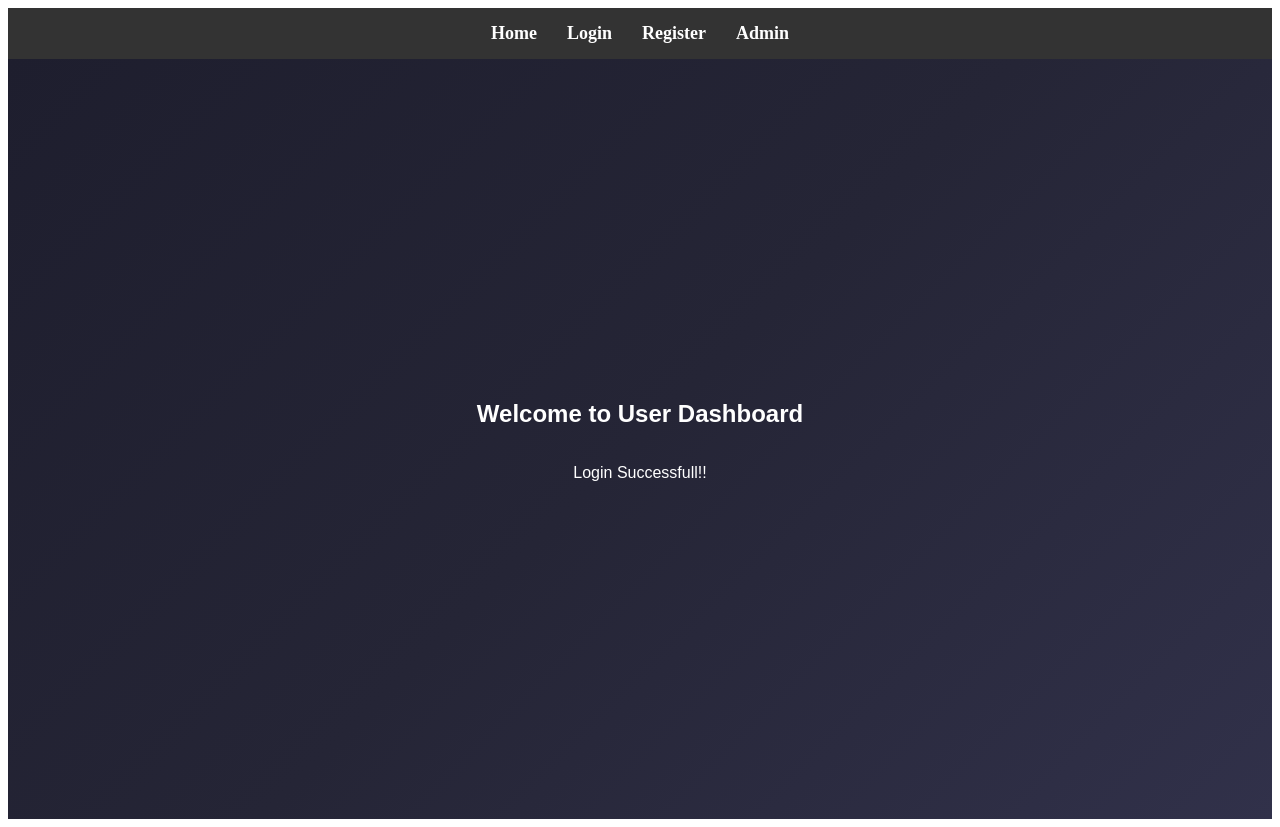
Repository: AhmedIbu/angular-login-app
Page: /user-dashboard (app in angular-login-app/)
These files come from the project's save history. The page is drawn as it stood at one moment and after a run of saves; the edit follows.
The browser window is 1280 px wide. The pictures show the whole page.
The project was rebuilt for these pictures with package versions that can differ from the ones it lists, and the page was loaded fresh each time. Also part of the build but not shown: angular-login-app/angular.json, angular-login-app/src/app/home/home.component.ts, angular-login-app/src/app/login/login.component.ts, angular-login-app/src/app/services/auth.service.ts, angular-login-app/src/app/register/register.component.ts, angular-login-app/src/app/services/user.service.ts, angular-login-app/src/app/admin-dashboard/admin-dashboard.component.ts, angular-login-app/src/app/admin-login/admin-login.component.ts.

Above is the page before, as saved 2025-02-21 11:46:58.

After the next 2 saves:
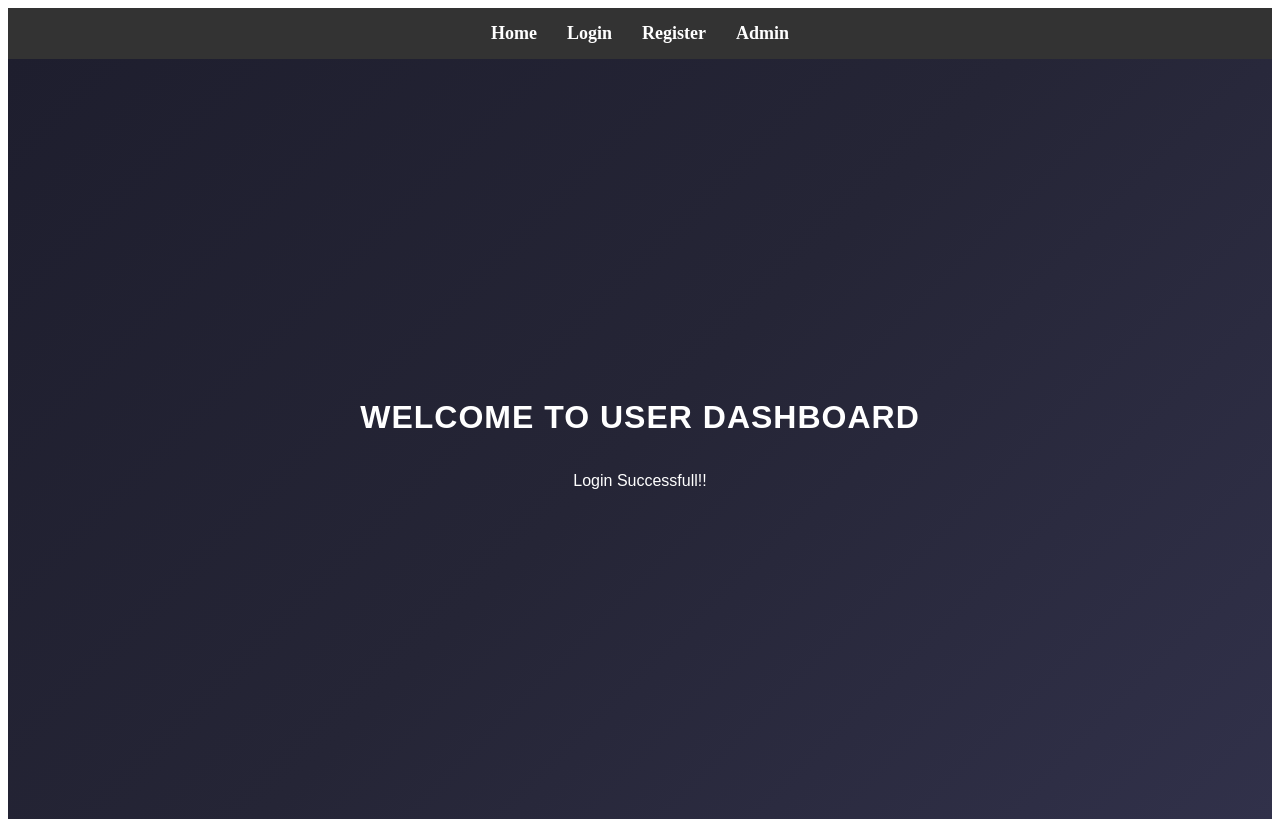
The 2 saves are shown as one change because they came seconds apart.
The last was saved 8 s later.
--- a/angular-login-app/src/app/user-dashboard/user-dashboard.component.html
+++ b/angular-login-app/src/app/user-dashboard/user-dashboard.component.html
@@ -1,5 +1,5 @@
 <div class="user-dashboard">
-    <h2 class="dash">Welcome to User Dashboard</h2>
+    <h2 class="dashboard-header">Welcome to User Dashboard</h2>
 
     <p>Login Successfull!!</p>
   </div>
